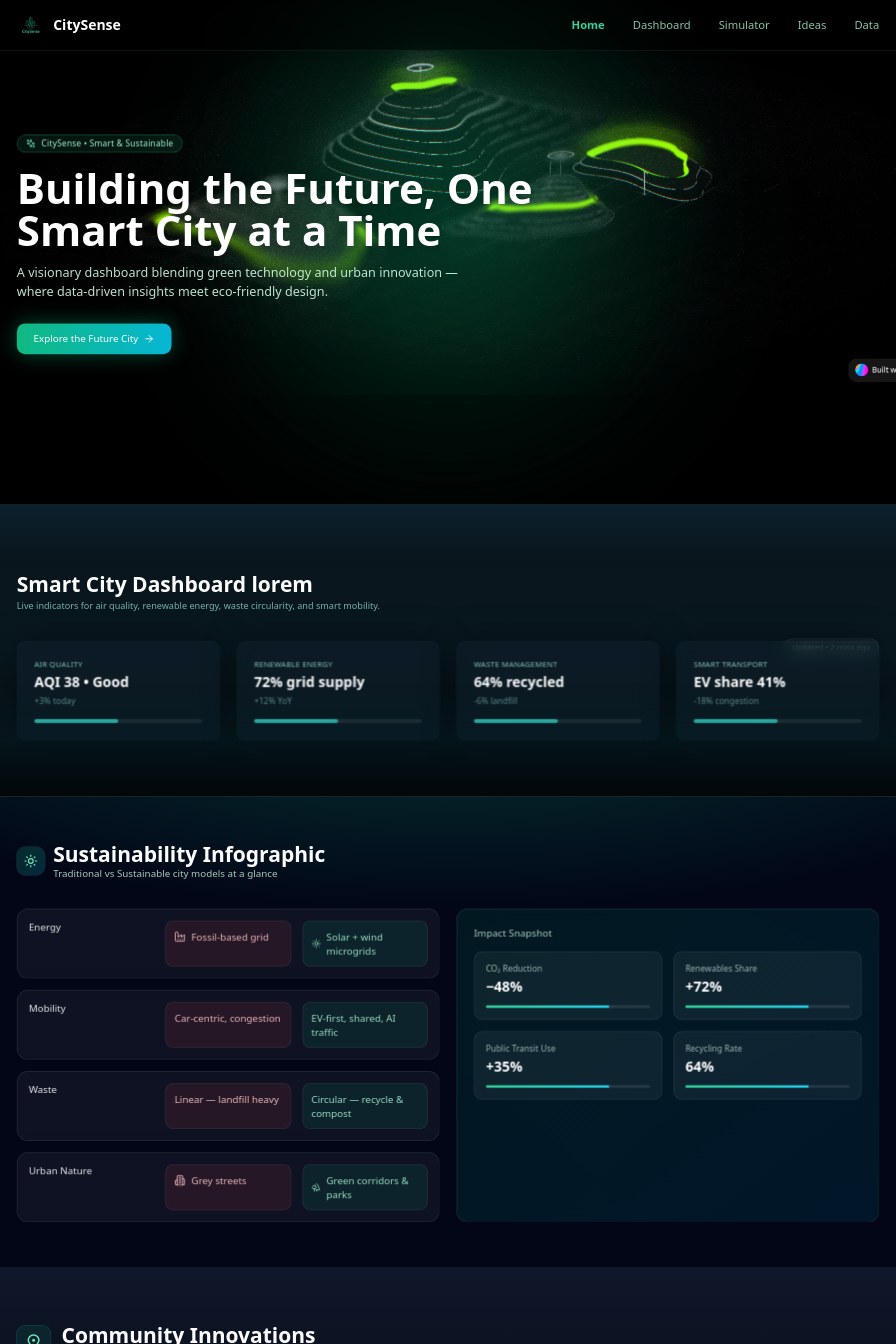
Repository: crashyet/CitySense
Page: /
These files come from the project's save history. The page is drawn as it stood at one moment and after the next save; the edit follows.
The browser window is 1280 px wide. The pictures show the part of the page from y = 0 to 1920 px (the page is 2586 px tall), at 70% of full size.
The project was rebuilt for these pictures with package versions that can differ from the ones it lists, and the page was loaded fresh each time. Also part of the build but not shown: vite.config.js, src/components/EnergyPieChart.jsx, src/components/TrafficCongestionChart.jsx, src/components/WeeklyAQIChart.jsx, src/pages/Dashboardpack/index.jsx, src/pages/Simulator/index.jsx, src/pages/Ideas/index.jsx, src/pages/Data/index.jsx.

Above is the page before, as saved 2025-11-18 19:11:47.

After the next save:
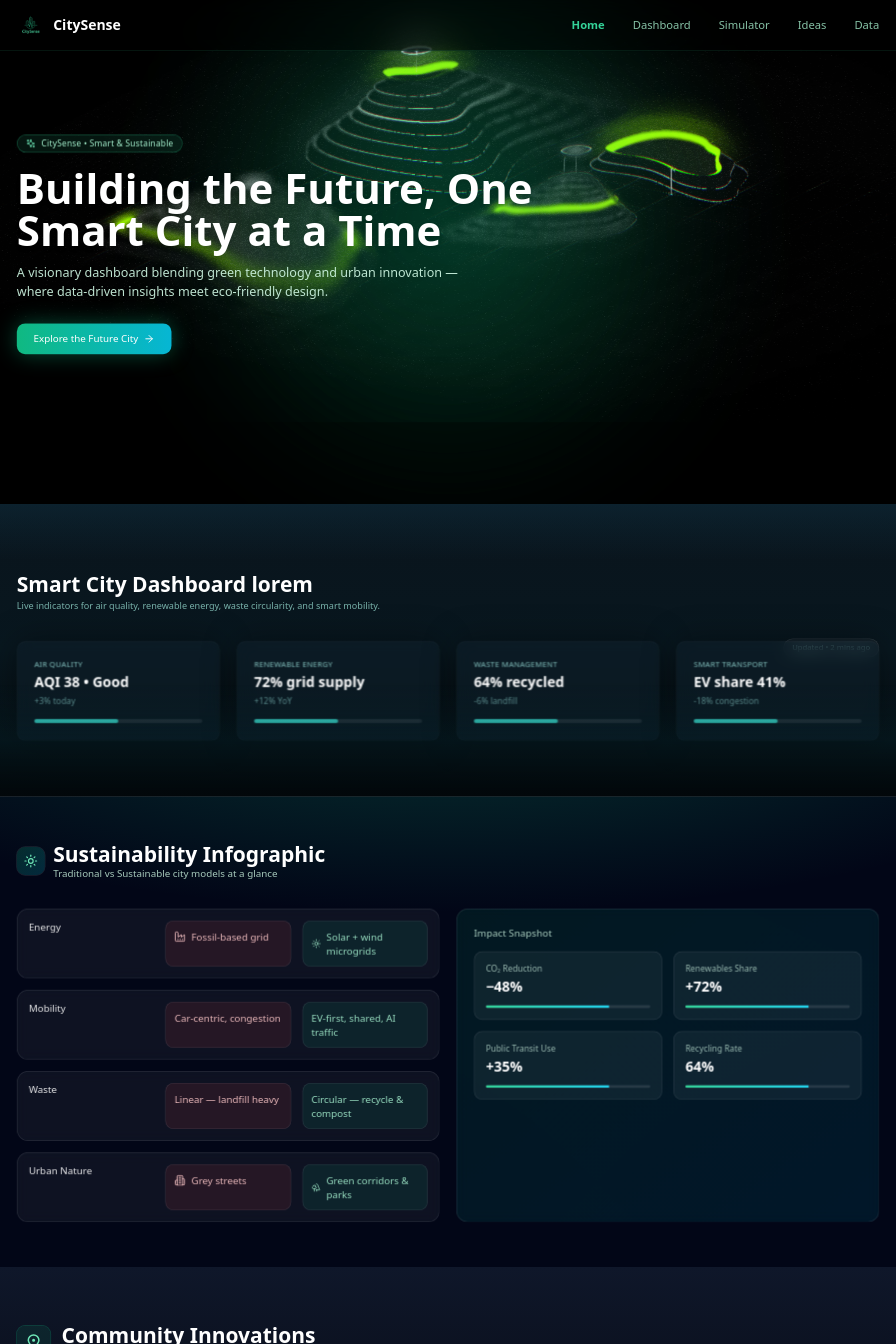
Saved 6 s later.
--- a/src/pages/landing/Hero.jsx
+++ b/src/pages/landing/Hero.jsx
@@ -17,7 +17,7 @@ const Hero = () => {
       {/* Gradient Background */}
       <div className="absolute inset-0 pointer-events-none bg-gradient-to-b from-black via-black/40 to-black">
         <div style={{ width: "100%", height: "100%", overflow: "hidden" }}>
-          <img src={Background} alt="" className="scale-110 mt-4" />
+          <img src={Background} alt="" className="scale-125 mt-4" />
         </div>
       </div>
 
